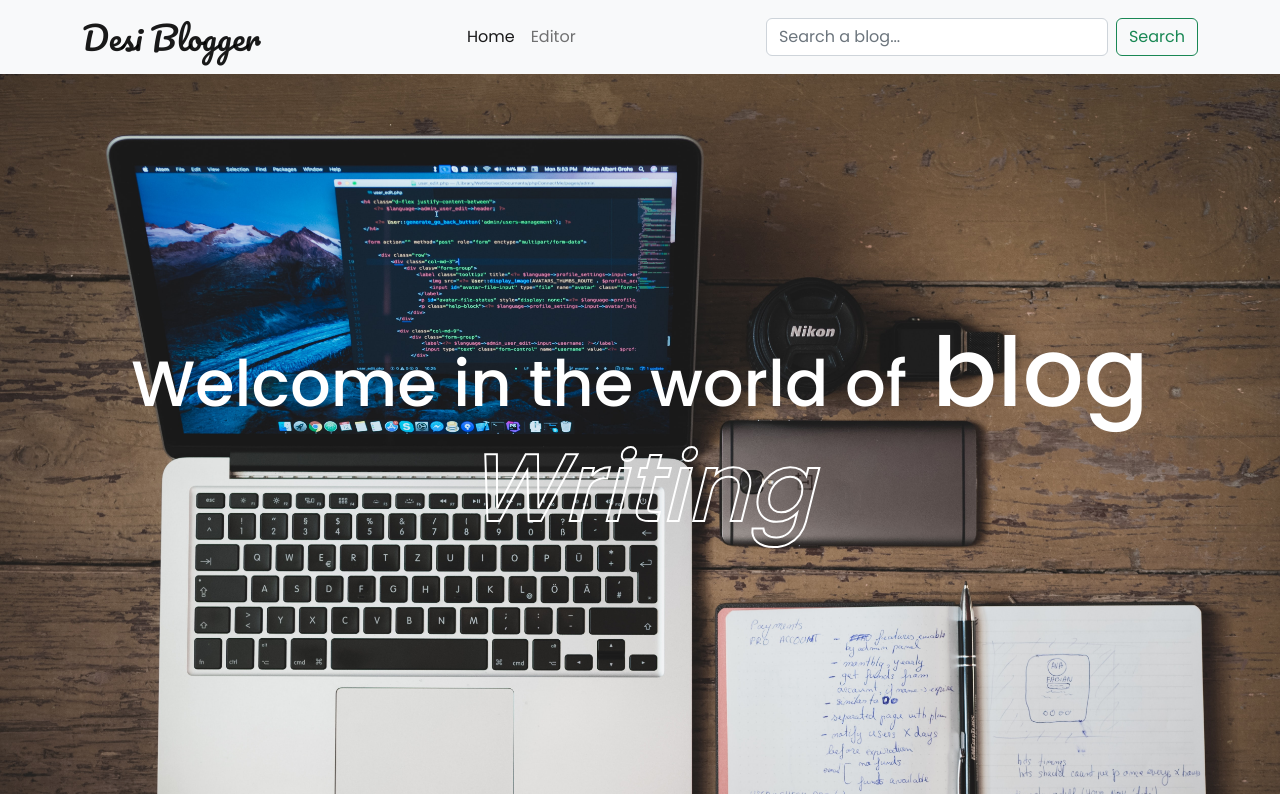
Repository: badhon252/Desi_Blogger
Page: public/home.html
The author's editor kept a copy of each file at every save. The page is drawn from the files as they stood at one save, then again after the next save.
The browser window is 1280 px wide. The pictures show the whole page.

Above is the page before, as saved 2022-11-15 20:47:43.

### public/home.html
<!DOCTYPE html>
<html lang="en">

<head>
    <meta charset="UTF-8">
    <meta http-equiv="X-UA-Compatible" content="IE=edge">
    <meta name="viewport" content="width=device-width, initial-scale=1.0">

    <!-- favicon  -->
    <link rel="icon" sizes="180x180" href="./img/favicon_io/android-chrome-192x192.png">

    <!-- bs-5 link -->
    <link rel="stylesheet" href="https://cdn.jsdelivr.net/npm/bootstrap@5.2.2/dist/css/bootstrap.min.css">
    <!-- custom css  -->
    <link rel="stylesheet" href="css/home.css">
    <!-- fonts  -->
    <link rel="preconnect" href="https://fonts.googleapis.com">
    <link rel="preconnect" href="https://fonts.gstatic.com" crossorigin>
    <link href="https://fonts.googleapis.com/css2?family=Poppins:wght@400;500;600;700;800;900&display=swap"
        rel="stylesheet">
    <title>Desi-Blogger</title>
</head>

<body>
    <header id="header">
        <nav class="navbar navbar-expand-lg bg-light">
            <div class="container">
                <a class="navbar-brand" href="#">Desi Blogger</a>
                <button class="navbar-toggler" type="button" data-bs-toggle="collapse"
                    data-bs-target="#navbarSupportedContent" aria-controls="navbarSupportedContent"
                    aria-expanded="false" aria-label="Toggle navigation">
                    <span class="navbar-toggler-icon"></span>
                </button>
                <div class="collapse navbar-collapse" id="navbarSupportedContent">
                    <ul class="navbar-nav m-auto mb-2 mb-lg-0">
                        <li class="nav-item">
                            <a class="nav-link active" href="#">Home</a>
                        </li>
                        <li class="nav-item">
                            <a class="nav-link" href="#">Editor</a>
                        </li>

                    </ul>
                    <form class="d-flex" role="search">
                        <input class="form-control me-2" type="search" placeholder="Search a blog..."
                            aria-label="Search">
                        <button class="btn btn-outline-success" type="submit">Search</button>
                    </form>
                </div>
            </div>
        </nav>
        <section class="content">
            <h1 class="heading">
                <span class="small">
                    Welcome in the world of</span>
                blog
                <span class="no-phill">Writing</span>
            </h1>


        </section>
    </header>

    <script src="https://cdn.jsdelivr.net/npm/bootstrap@5.2.2/dist/js/bootstrap.bundle.min.js"></script>
</body>

</html>

### public/css/home.css
@import url("https://fonts.googleapis.com/css2?family=Pacifico&display=swap");
* {
  margin: 0;
  padding: 0;
  box-sizing: border-box;
}

body {
  font-family: "Poppins", sans-serif;
  background-image: repeating-linear-gradient(
      45deg,
      rgb(255, 255, 255) 0px,
      rgb(255, 255, 255) 10px,
      transparent 10px,
      transparent 11px
    ),
    repeating-linear-gradient(
      135deg,
      rgb(255, 255, 255) 0px,
      rgb(255, 255, 255) 10px,
      transparent 10px,
      transparent 11px
    ),
    linear-gradient(90deg, rgba(213, 211, 217, 0.33), rgba(213, 211, 217, 0.33));
  position: relative;
}
::selection {
  background: #1b1b1b;
  color: #fff;
}

.navbar-brand {
  font-family: "Pacifico", cursive;
  font-size: 2rem;
}

.content {
  width: 100%;
  height: calc(100vh);
  background-image: url(../img/altumcode-XMFZqrGyV-Q-unsplash.jpg);
  background-size: cover;
  display: flex;
  justify-content: center;
  align-items: center;
}

.content .heading {
  font-size: 6rem;
  color: #fff;
  text-align: center;
}
.content .small {
  font-size: 4rem;
  color: #fff;
  text-align: center;
}
.content .no-phill {
  font-style: italic;
  color: transparent;
  -webkit-text-stroke: 2px #fff;
}

After the next save:
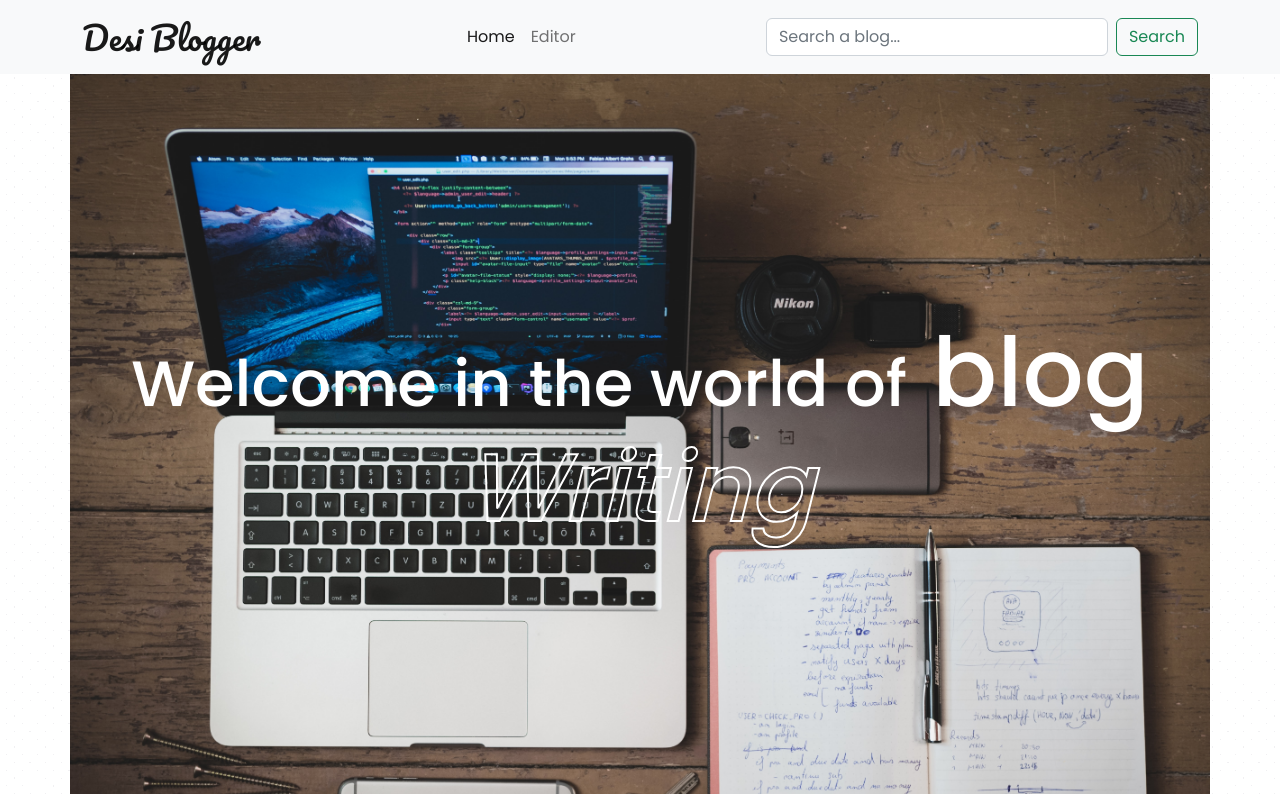
Saved 21 s later.
--- a/public/home.html
+++ b/public/home.html
@@ -49,7 +49,7 @@
                 </div>
             </div>
         </nav>
-        <section class="content">
+        <section class="content container">
             <h1 class="heading">
                 <span class="small">
                     Welcome in the world of</span>

After the save that followed:
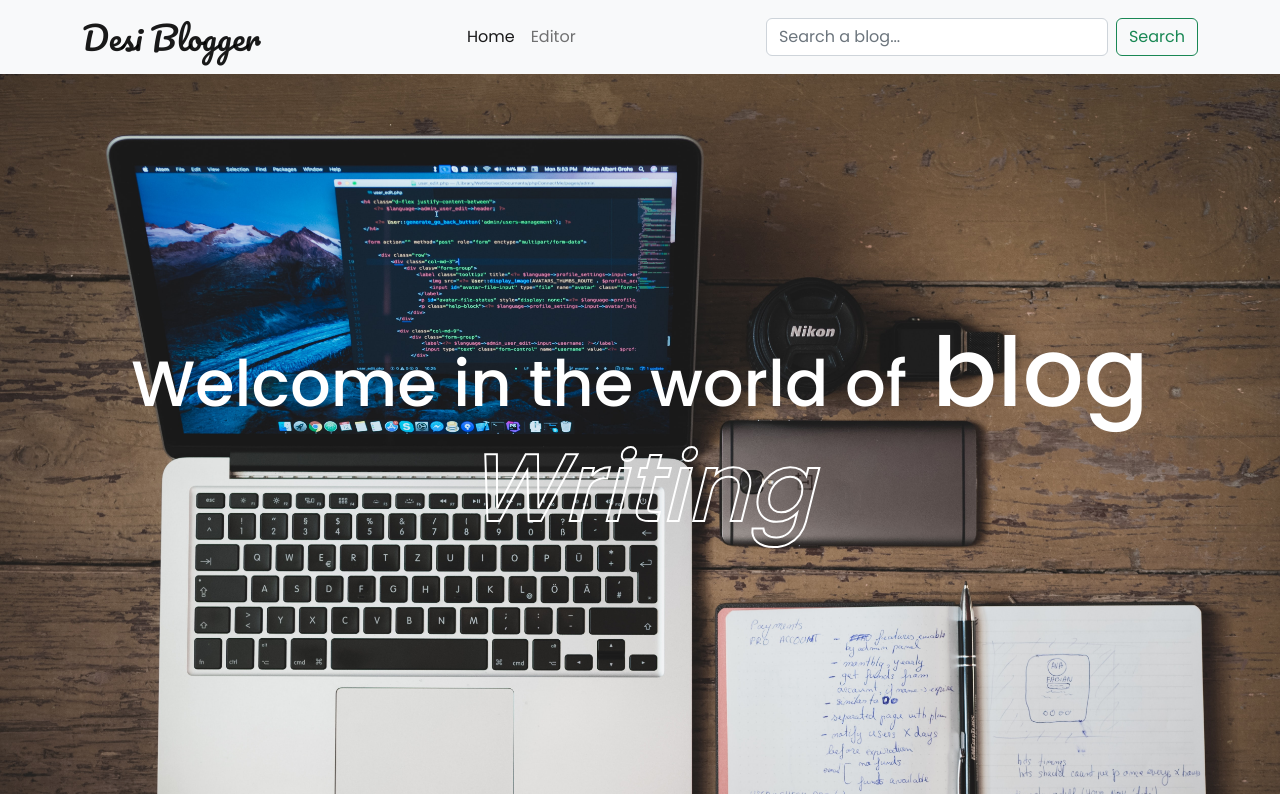
Saved 11 s later.
--- a/public/home.html
+++ b/public/home.html
@@ -49,7 +49,7 @@
                 </div>
             </div>
         </nav>
-        <section class="content container">
+        <section class="content">
             <h1 class="heading">
                 <span class="small">
                     Welcome in the world of</span>
